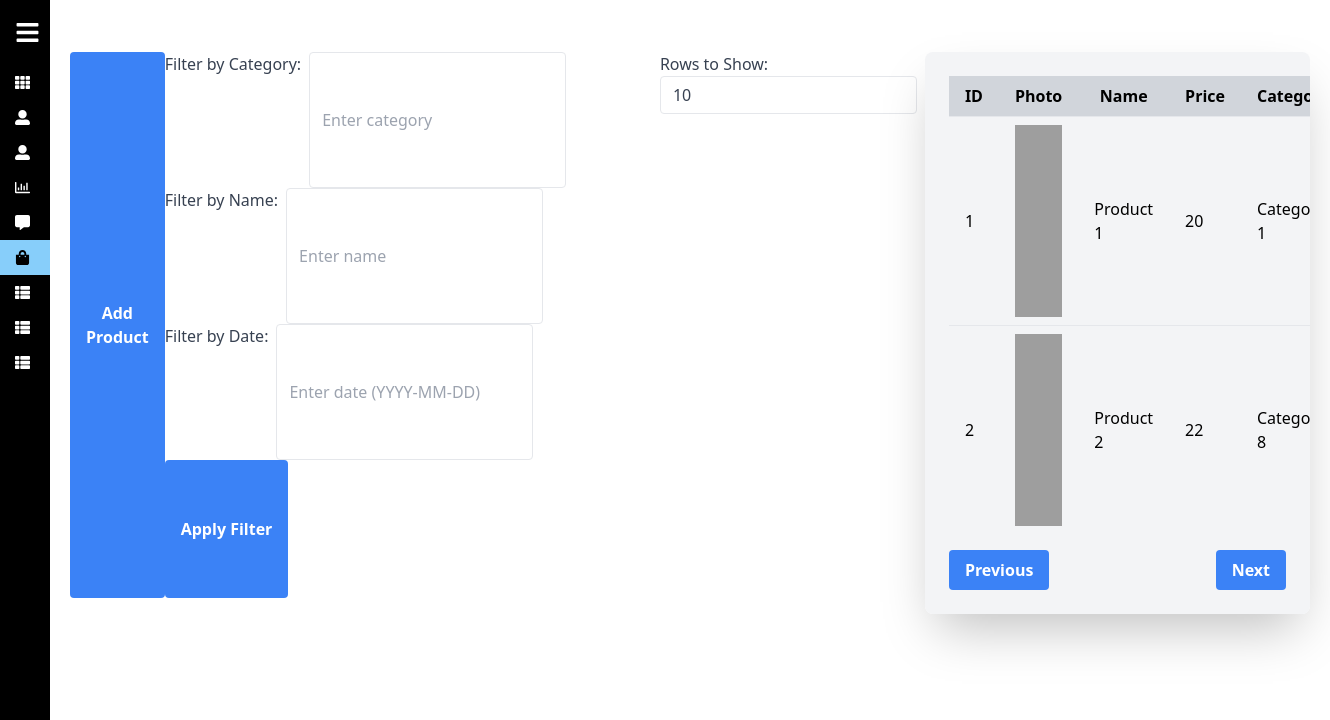
Repository: AndargWorku12/admin-dashboard
Page: /product
These files come from the project's save history. The page is drawn as it stood at one moment and after the next save; the edit follows.
The browser window is 1280 px wide. The page is 1330 px wide, so the pictures cover 1330 px, including what lies to the right of the window. The pictures show the whole page.
Pictures or frames that could not be fetched are drawn as grey boxes. The project was rebuilt for these pictures with package versions that can differ from the ones it lists, and the page was loaded fresh each time. Also part of the build but not shown: src/pages/Dashboard.tsx, src/pages/Orders.tsx, src/pages/Category.tsx, src/pages/Login.tsx, src/pages/Analytics.tsx, src/pages/CustemerReview.tsx, src/pages/ProductForm.tsx, src/components/PopupModal.tsx and 3 more.

Above is the page before, as saved 2024-01-29 04:38:09.

After the next save:
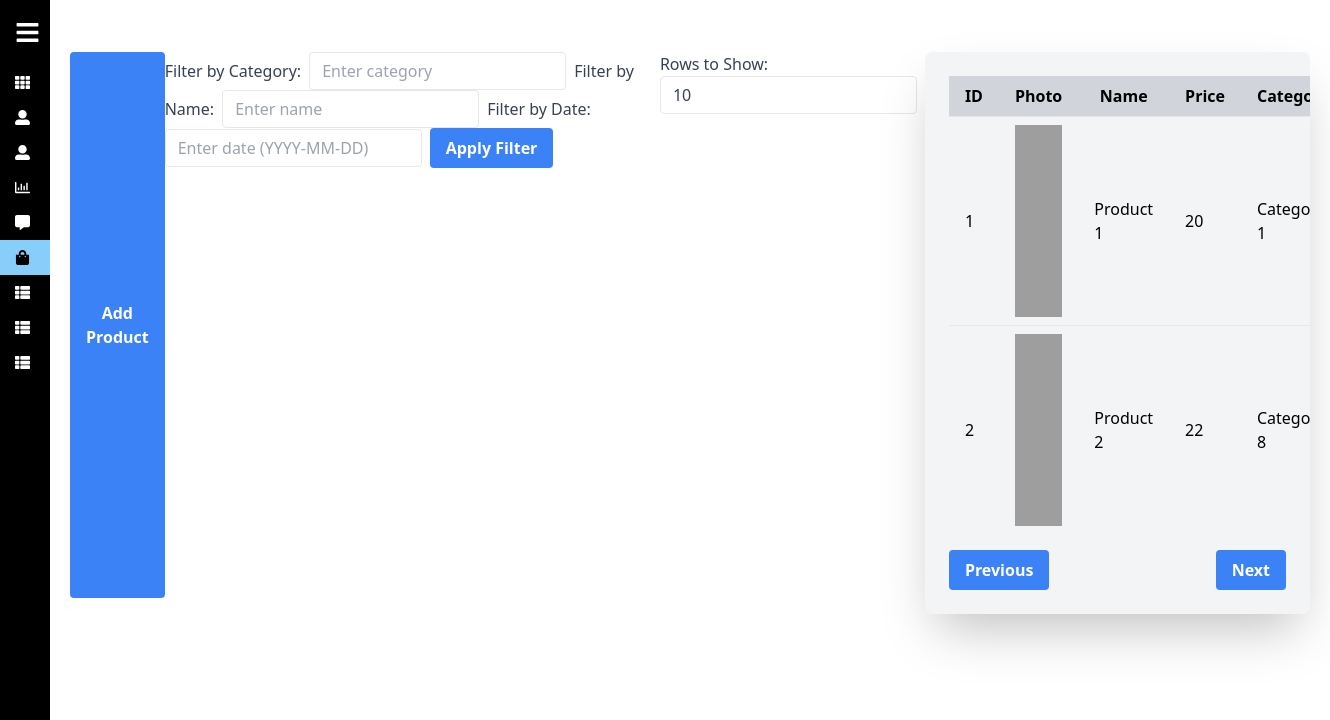
Saved 45 s later.
--- a/src/pages/ProductList.tsx
+++ b/src/pages/ProductList.tsx
@@ -104,7 +104,7 @@ const ProductList: React.FC = () => {
           />
         </PopupModal>
       )}
-      <div className="mb-4 flex flex-wrap block">
+      <div className="mb-4  block">
         <label className="text-gray-700 mr-2">Filter by Category:</label>
         <input
           type="text"
